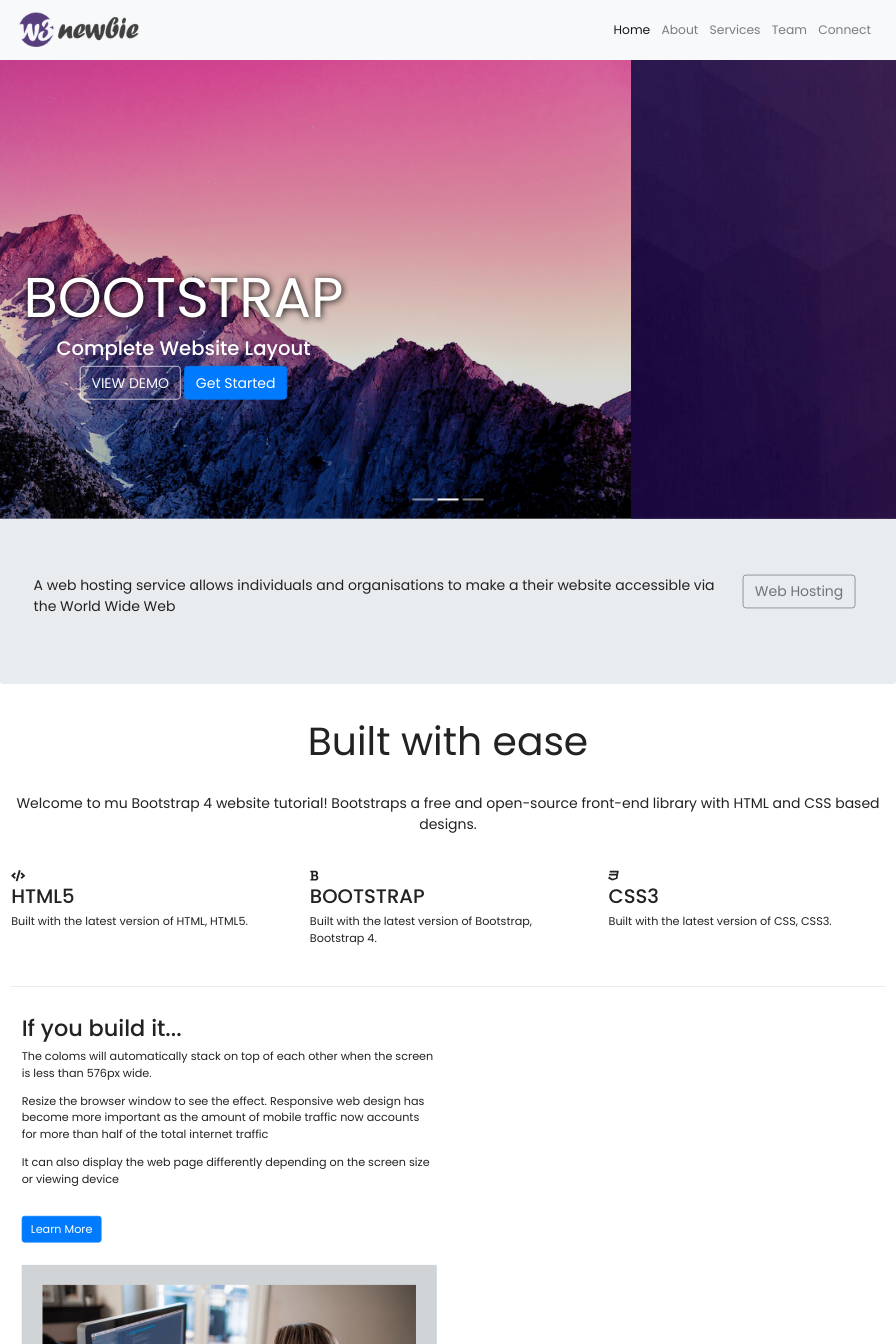
Repository: rkyankya/Bootstrap-1
Page: index.html
The author's editor kept a copy of each file at every save. The page is drawn from the files as they stood at one save, then again after the next save.
The browser window is 1280 px wide. The pictures show the part of the page from y = 0 to 1920 px (the page is 4552 px tall), at 70% of full size.
Some web libraries are served in a nearby version.

Above is the page before, as saved 2019-12-18 12:55:12.

### index.html
<!DOCTYPE html>
<html lang="en">

<head>
    <meta charset="utf-8">
    <meta name="viewport" content="width=device-width, initial-scale=1">
    <title>Complete Bootstrap 4 Website Layout</title>
    <link rel="stylesheet" href="https://maxcdn.bootstrapcdn.com/bootstrap/4.0.0/css/bootstrap.min.css">
    <script src="https://ajax.googleapis.com/ajax/libs/jquery/3.3.1/jquery.min.js"></script>
    <script src="https://cdnjs.cloudflare.com/ajax/libs/popper.js/1.12.9/umd/popper.min.js"></script>
    <script src="https://maxcdn.bootstrapcdn.com/bootstrap/4.0.0/js/bootstrap.min.js"></script>
    <script src="https://use.fontawesome.com/releases/v5.0.8/js/all.js"></script>
    <link href="style.css" rel="stylesheet">
</head>

<body>

    <!-- Navigation -->
    <nav class="navbar navbar-expand-md navbar-light bg-light sticky-top">
        <div class="container-fluid">
            <a class="navbar-brand" href="#"><img src="img/logo.png" alt="#"></a>
            <button class="navbar-toggler" type="button" data-toggler="collapse" data-target="#navbarResponsive">
                <span class="navbar-toggler-icon"></span>
            </button>
            <div class="collapse navbar-collapse" id="navbarResponsive">
                <ul class="navbar-nav ml-auto">
                    <li class="nav-item active">
                        <a class="nav-link" href="#">Home</a>
                    </li>
                    <li class="nav-item">
                        <a class="nav-link" href="#">About</a>
                    </li>
                    <li class="nav-item">
                        <a class="nav-link" href="#">Services</a>
                    </li>
                    <li class="nav-item">
                        <a class="nav-link" href="#">Team</a>
                    </li>
                    <li class="nav-item">
                        <a class="nav-link" href="#">Connect</a>
                    </li>
                </ul>
            </div>
        </div>
    </nav>

    <!--- Image Slider -->
    <div id="slides" class="carousel slide" data-ride="carousel">
        <ul class="carousel-indicators">
            <li data-target="#slides" data-slide-to="0" class="active"></li>
            <li data-target="#slides" data-slide-to="1"></li>
            <li data-target="#slides" data-slide-to="2"></li>
        </ul>
        <div class="carousel-inner">
            <div class="carousel-item active">
                <img src="img/background.png" alt="#">
                <div class="carousel-caption">
                    <h1 class="display-2">Bootstrap</h1>
                    <h3>Complete Website Layout</h3>
                    <button type="button" class="btn btn-outline-light btn-lg">VIEW DEMO</button>
                    <button type="button" class="btn btn-primary btn-lg">Get Started</button>
                </div>
            </div>
            <div class="carousel-item">
                <img src="img/background2.png" alt="#">
            </div>
            <div class="carousel-item">
                <img src="img/background3.png" alt="#">
            </div>
        </div>
    </div>

    <!--- Jumbotron -->
    <div class="container-fluid">
        <div class="row jumbotron">
            <div class="col-xs-12 col-sm-12 col-md-9 col-lg-9 col-xl-10">
                <!--Bootstrap has 12 coloms the 12 describes the coloms to take-->
                <p class="lead">A web hosting service allows individuals and organisations to make a their website accessible via the World Wide Web
                </p>
            </div>
            <div class="col-xs-12 col-sm-12 col-md-3 col-lg-3 col-xl-2">
                <a href="#">
                    <button type="button" class="btn btn-outline-secondary btn-lg">Web Hosting</button>
                </a>
            </div>
        </div>
    </div>


    <!--- Welcome Section -->
    <div class="container-fluid padding">
        <div class="row welcome text-center">
            <div class="col-12">
                <h1 class="display-4">Built with ease</h1>
            </div>
            <hr class="my-4">
            <div class="col-12">
                <p class="lead">Welcome to mu Bootstrap 4 website tutorial! Bootstraps a free and open-source front-end library with HTML and CSS based designs.
                </p>
            </div>
        </div>
    </div>

    <!--- Three Column Section -->
    <div class="container-fluid padding">
        <div class="row text-centre padding">
            <div class="col-xs-12 col-sm-6 col-md-4">
                <i class="fas fa-code"></i>
                <h3>HTML5</h3>
                <p>Built with the latest version of HTML, HTML5.</p>
            </div>
            <div class="col-xs-12 col-sm-6 col-md-4">
                <i class="fas fa-bold"></i>
                <h3>BOOTSTRAP</h3>
                <p>Built with the latest version of Bootstrap, Bootstrap 4.</p>
            </div>
            <div class="col-sm-12 col-md-4">
                <i class="fab fa-css3"></i>
                <h3>CSS3</h3>
                <p>Built with the latest version of CSS, CSS3.</p>
            </div>
        </div>
        <hr class="my-4">
    </div>


    <!--- Two Column Section -->
    <div class="container-fluid padding">
        <div class="row-padding">
            <div class="col-md-12 col-lg-6">
                <h2>If you build it...</h2>
                <p>The coloms will automatically stack on top of each other when the screen is less than 576px wide.</p>
                <p>Resize the browser window to see the effect. Responsive web design has become more important as the amount of mobile traffic now accounts for more than half of the total internet traffic</p>
                <p>It can also display the web page differently depending on the screen size or viewing device</p>
                <br>
                <a href="#" class="btn btn-primary">Learn More</a>
            </div>
            <div class="col-lg-6">
                <img src="img/desk.png" class="img-fluid" alt="#">
            </div>
        </div>
    </div>

    <hr class="my-4">

    <!--- Fixed background -->
    <figure>
        <div class="fixed-wrap">
            <div id="fixed"></div>
        </div>
    </figure>


    <!--- Emoji Section -->
    <button class="fun" data-toggle="collapse" data-target="#emoji">Click For Fun</button>
    <div id="emoji" class="collapse">
        <div class="container-fluid padding">
            <div class="row text-center">
                <div class="col-sm-6 col-md-3">
                    <img class="gif" src="img/gif/panda.gif" alt="#">
                </div>
                <div class="col-sm-6 col-md-3">
                    <img class="gif" src="img/gif/unicorn.gif" alt="#">
                </div>
                <div class="col-sm-6 col-md-3">
                    <img class="gif" src="img/gif/poo.gif" alt="#">
                </div>
                <div class="col-sm-6 col-md-3">
                    <img class="gif" src="img/gif/chicken.gif" alt="#">
                </div>
            </div>
        </div>
    </div>


    <!--- Meet the team -->
    <div class="container-fluid padding">
        <div class="row-welcome text-center">
            <div class="col-12">
                <h1 class="display-4"> Meet the Team</h1>
            </div>
        </div>
    </div>


    <!--- Cards -->
    <div class="container-fluid padding">
        <div class="row welcome text">
            <div class="col-md-4">
                <div class="card">
                    <img class="card-imd-top" src="img/team1.png" alt="#">
                    <div class="card-body">
                        <h4 class="card-title">John Doe</h4>
                        <p class="card-text">Joe is an internet entrepreneur with almost 20 years of experience</p>
                        <a href="#" class="btn btn-outline-secondary"> See Profile</a>
                    </div>
                </div>
            </div>
            <div class="col-md-4">
                <div class="card">
                    <img class="card-imd-top" src="img/team2.png" alt="#">
                    <div class="card-body">
                        <h4 class="card-title">Mary Jo</h4>
                        <p class="card-text">Mary is a designer with almost 10 yeas of digital experience</p>
                        <a href="#" class="btn btn-outline-secondary"> See Profile</a>
                    </div>
                </div>
            </div>
            <div class="col-md-4">
                <div class="card">
                    <img class="card-imd-top" src="img/team3.png" alt="#">
                    <div class="card-body">
                        <h4 class="card-title">Phil Ho</h4>
                        <p class="card-text">Phil is a developer with over 5 years of web development experience</p>
                        <a href="#" class="btn btn-outline-secondary"> See Profile</a>
                    </div>
                </div>
            </div>
        </div>
    </div>


    <!--- Two Column Section -->
    <div class="container-fluid padding">
        <div class="row-padding">
            <div class="col-md-12 col-lg-6">
                <h2>Our Philosophy</h2>
                <p>We know that greatness is a distruptive era requires bold ambition, curious talent and a culture that believes we're smarter together</p>
                <p>We approach ever challege holistically, with best-in-class expertise in data, creativity, media, techology. search, social and more. We call this Alchemy. It has the powerto build our clients brands and transform their business. And while
                    it may seem like magic, we've got it down to a science</p>

                <br>
                <a href="#" class="btn btn-primary">Learn More</a>
            </div>
            <div class="col-lg-6">
                <img src="img/bootstrap2.png" class="img-fluid" alt="#">
            </div>
        </div>
    </div>


    <!--- Connect -->
    <div class="container-fluid padding">
        <div class="row text-center padding">
            <div class="col-12">
                <h2>Connect</h2>
            </div>
            <div class="col-12 social padding">
                <a href="#"><i class="fab fa-facebook"></i></a>
                <a href="#"><i class="fab fa-twitter"></i></a>
                <a href="#"><i class="fab fa-instagram"></i></a>
                <a href="#"><i class="fab fa-google-plus-g"></i></a>
                <a href="#"><i class="fab fa-youtube"></i></a>
            </div>
        </div>
    </div>



    <!--- Footer -->
    <footer>
        <div class="container-fluid padding">
            <div class="row text-center">
                <div class="col-md-4">
                    <img src="img/w3newbie.png" alt="#">
                    <hr class="light">
                    <p>256 708 322 323</p>
                    <p>email@email.com</p>
                    <p>Kirinya Bweyogerere</p>
                    <p>Kampala Uganda</p>
                </div>
                <div class="col-md-4">
                    <hr class="light">
                    <h5>Our Hours</h5>
                    <hr class="light">
                    <p>Monday: 9am-5pm</p>
                    <p>Saturday: 10am-4pm</p>
                    <p>Sunday: closed</p>
                </div>
                <div class="col-md-4">
                    <hr class="light">
                    <h5> Service Area </h5>
                    <hr class="light">
                    <p>City, State, 0000</p>
                    <p>City, State, 0000</p>
                    <p>City, State, 0000</p>
                    <p>City, State, 0000</p>
                </div>
                <div class="col-12">
                    <hr class="light">
                    <h5>&copy; w3newbie.com</h5>
                </div>
            </div>
        </div>
    </footer>




</body>

</html>

### style.css
@import url("https://fonts.googleapis.com/css?family=Poppins:400,500,700");
html,
body {
    height: 100%;
    width: 100%;
    font-family: "Poppins", sans-serif;
    color: #222;
}

.navbar {
    padding: 0.8rem;
}

.nav-link {
    font-size: 1.1em !important;
}

.carousel-inner img {
    width: 100%;
    height: 100%;
}

.carousel-caption {
    position: absolute;
    top: 60%;
    transform: translateY(-50%);
    -webkit-transform: translateY(-50%);
    -moz-transform: translateY(-50%);
    -ms-transform: translateY(-50%);
    -o-transform: translateY(-50%);
}

.carousel-caption h1 {
    font-size: 500%;
    text-transform: uppercase;
    text-shadow: 1px 1px 10px #000;
}


/*---Media Queries --*/

@media (max-width: 992px) {}

@media (max-width: 768px) {}

@media (max-width: 576px) {}


/* --- Firefox Bug Fix -- */

.carousel-item {
    transition: -webkit-transform 0.5s ease;
    transition: transform 0.5s ease;
    transition: transform 0.5s ease, -webkit-transform 0.5s ease;
    -webkit-backface-visibility: visible;
    backface-visibility: visible;
}


/* --- Fixed Background Image -- */

figure {
    position: relative;
    width: 100%;
    height: 60%;
    margin: 0 !important;
}

.fixed-wrap {
    clip: rect(0, auto, auto, 0);
    position: absolute;
    top: 0;
    left: 0;
    width: 100%;
    height: 100%;
}

#fixed {
    background-image: url("img/mac.png");
    position: fixed;
    display: block;
    top: 0;
    left: 0;
    width: 100%;
    height: 100%;
    background-size: cover;
    background-position: center center;
    -webkit-transform: translateZ(0);
    transform: translateZ(0);
    will-change: transform;
}


/*--- Bootstrap Padding Fix --*/

[class*="col-"] {
    padding: 1rem;
}


/*
Extra small (xs) devices (portrait phones, less than 576px)
No media query since this is the default in Bootstrap

Small (sm) devices (landscape phones, 576px and up)
@media (min-width: 576px) { ... }

Medium (md) devices (tablets, 768px and up)
@media (min-width: 768px) { ... }

Large (lg) devices (desktops, 992px and up)
@media (min-width: 992px) { ... }

Extra (xl) large devices (large desktops, 1200px and up)
@media (min-width: 1200px) { ... }
*/

After the next save:
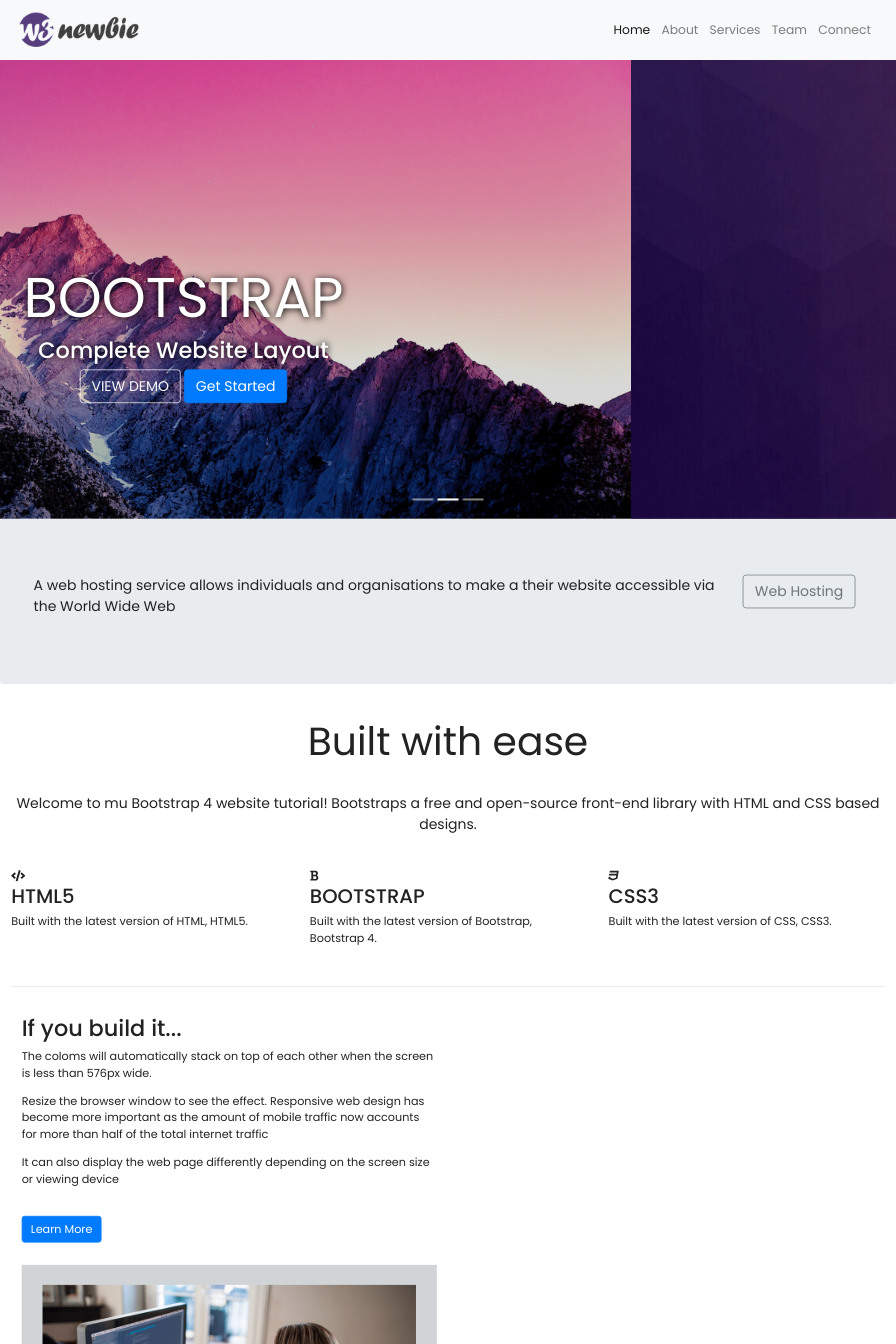
Saved 7 min 6 s later.
--- a/style.css
+++ b/style.css
@@ -33,6 +33,12 @@ body {
 .carousel-caption h1 {
     font-size: 500%;
     text-transform: uppercase;
+    text-shadow: 1px 1px 10px #000;
+}
+
+.carousel-caption h3 {
+    font-size: 200%;
+    font-weight: 500;
     text-shadow: 1px 1px 10px #000;
 }
 
